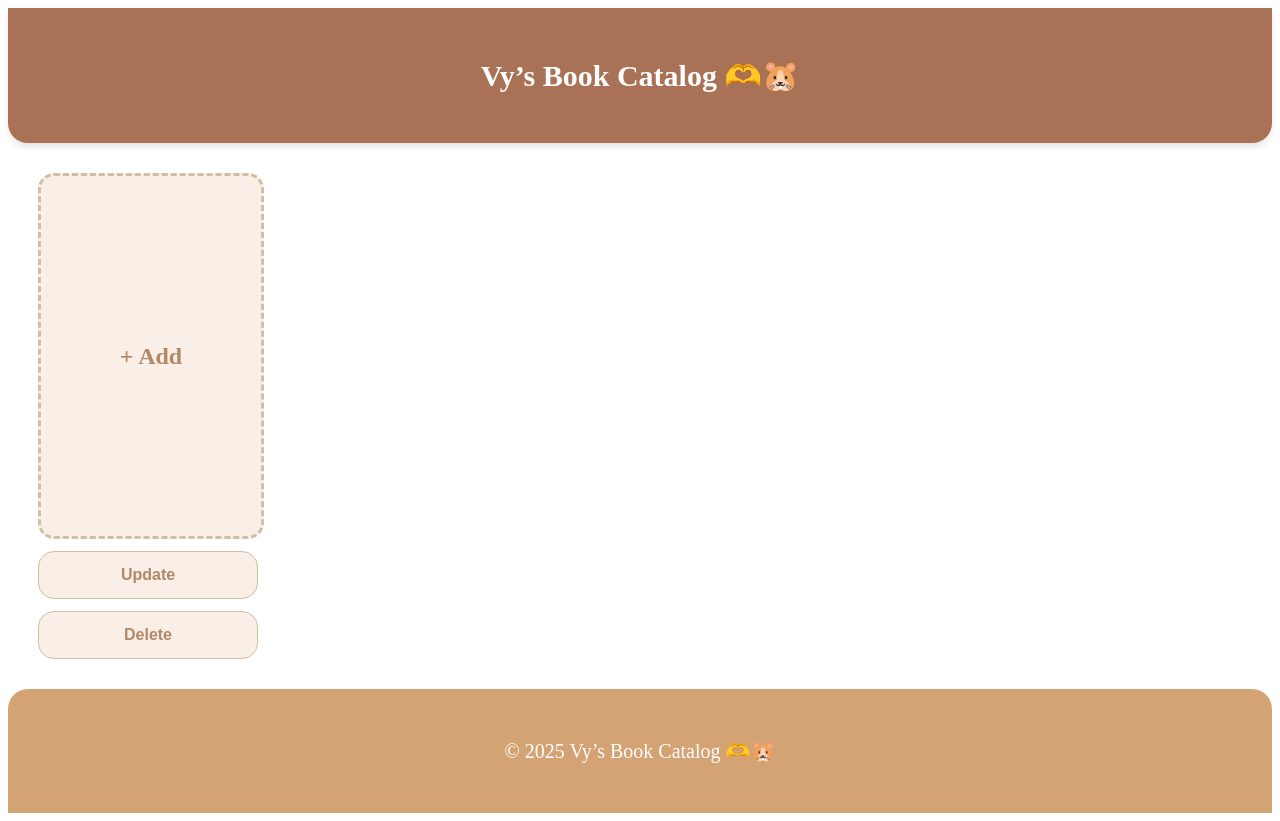
Repository: CucVyTrinh/book-catalog-v6
Page: /
An editor plug-in stored every save of this project. The page is shown before and after the next save, followed by the edit.
The browser window is 1280 px wide. The pictures show the whole page.
The project was rebuilt for these pictures with package versions that can differ from the ones it lists, and the page was loaded fresh each time. Also part of the build but not shown: vite.config.js, src/index.css, src/components/Book.jsx, src/components/AddBookModal.jsx, src/components/EditBookModal.jsx.

Above is the page before, as saved 2025-10-26 22:38:54.

### index.html
<!doctype html>
<html lang="en">
  <head>
    <meta charset="UTF-8" />
    <link rel="icon" type="image/svg+xml" href="/vite.svg" />
    <meta name="viewport" content="width=device-width, initial-scale=1.0" />
    <title>book-catalog-v4</title>
  </head>
  <body>
    <div id="root"></div>
    <script type="module" src="/src/main.jsx"></script>
  </body>
</html>

### src/App.jsx
import React, { useState, useEffect } from "react";
import "./App.css";

import Header from "./components/Header";
import Footer from "./components/Footer";
import LeftColumn from "./components/LeftColumn";
import BooksGrid from "./components/BooksGrid";
import AddBookModal from "./components/AddBookModal";
import EditBookModal from "./components/EditBookModal";
import FilterSection from "./components/FilterSection";

export default function App() {
  // Start empty to meet requirement: "The app should be empty of books initially."
  const [books, setBooks] = useState([]);

  const [showModal, setShowModal] = useState(false);
  const [showEditModal, setShowEditModal] = useState(false);
  const [selectedAuthor, setSelectedAuthor] = useState("");

  // Form matches the required fields in your screenshot
  const [form, setForm] = useState({
    title: "",
    author: "",
    publisher: "",
    year: "",
    language: "",
    pages: "",
    coverUrl: "",
  });

  // Load books from localStorage on component mount
  useEffect(() => {
    const savedBooks = localStorage.getItem('books');
    if (savedBooks) {
      setBooks(JSON.parse(savedBooks));
    }
  }, []);

  // Save books to localStorage whenever books change
  useEffect(() => {
    localStorage.setItem('books', JSON.stringify(books));
  }, [books]);

  const handleSelect = (clickedBook) => {
    setBooks((prev) =>
      prev.map((b) =>
        b.title === clickedBook.title
          ? { ...b, selected: !b.selected }
          : { ...b, selected: false }
      )
    );
  };

  const handleDelete = () => {
    setBooks((prev) => prev.filter((b) => !b.selected));
  };

  const handleAddBook = (e) => {
    e.preventDefault();

    const yearNum =
      String(form.year).trim() === "" ? null : Number(String(form.year).trim());
    const pagesNum =
      String(form.pages).trim() === "" ? null : Number(String(form.pages).trim());

    const newBook = {
      title: form.title.trim(),
      author: form.author.trim(),
      publisher: form.publisher.trim(),
      year: yearNum,
      language: form.language.trim(),
      pages: pagesNum,
      coverUrl:
        form.coverUrl?.trim() || "https://via.placeholder.com/150?text=Book+Cover",
      selected: false,
    };

    setBooks((prev) => [...prev, newBook]);

    setForm({
      title: "",
      author: "",
      publisher: "",
      year: "",
      language: "",
      pages: "",
      coverUrl: "",
    });
    setShowModal(false);
  };

  const handleUpdate = () => {
    const selectedBook = books.find(book => book.selected);
    if (selectedBook) {
      setForm({
        title: selectedBook.title,
        author: selectedBook.author,
        publisher: selectedBook.publisher || "",
        year: selectedBook.year || "",
        language: selectedBook.language || "",
        pages: selectedBook.pages || "",
        coverUrl: selectedBook.coverUrl || "",
      });
      setShowEditModal(true);
    } else {
      alert("Please select a book to edit");
    }
  };

  const handleEditBook = (e) => {
    e.preventDefault();

    const yearNum =
      String(form.year).trim() === "" ? null : Number(String(form.year).trim());
    const pagesNum =
      String(form.pages).trim() === "" ? null : Number(String(form.pages).trim());

    const updatedBook = {
      title: form.title.trim(),
      author: form.author.trim(),
      publisher: form.publisher.trim(),
      year: yearNum,
      language: form.language.trim(),
      pages: pagesNum,
      coverUrl:
        form.coverUrl?.trim() || "https://via.placeholder.com/150?text=Book+Cover",
      selected: false,
    };

    setBooks((prev) =>
      prev.map((book) => (book.selected ? updatedBook : book))
    );

    setForm({
      title: "",
      author: "",
      publisher: "",
      year: "",
      language: "",
      pages: "",
      coverUrl: "",
    });
    setShowEditModal(false);
  };

  const handleAuthorFilterChange = (author) => {
    setSelectedAuthor(author);
  };

  // Get unique authors for filter dropdown
  const authors = [...new Set(books.map(book => book.author))].sort();

  // Filter books based on selected author
  const filteredBooks = selectedAuthor
    ? books.filter(book => book.author === selectedAuthor)
    : books;

  return (
    <div style={{ display: "flex", flexDirection: "column", minHeight: "100vh" }}>
      <Header title="Vy’s Book Catalog 🫶🐹" />
      <main style={{ flex: 1, padding: "30px" }}>
        <div className="main-layout">
          <LeftColumn
            onOpenAdd={() => setShowModal(true)}
            onUpdate={handleUpdate}
            onDelete={handleDelete}
            authors={authors}
            selectedAuthor={selectedAuthor}
            onAuthorFilterChange={handleAuthorFilterChange}
          />
          <BooksGrid books={filteredBooks} onSelect={handleSelect} />
        </div>
      </main>
      <Footer />

      <AddBookModal
        open={showModal}
        form={form}
        setForm={setForm}
        onClose={() => setShowModal(false)}
        onSubmit={handleAddBook}
      />

      <EditBookModal
        open={showEditModal}
        form={form}
        setForm={setForm}
        onClose={() => setShowEditModal(false)}
        onSubmit={handleEditBook}
      />
    </div>
  );
}

### src/App.css
/* ===== Main Layout ===== */
.main-layout {
    display: grid;
    grid-template-columns: 250px 1fr;
    gap: 12px;
    align-items: start;
}

/* ===== Books Grid ===== */
.books-grid {
    display: grid;
    grid-template-columns: repeat(auto-fit, minmax(250px, 1fr));
    gap: 12px;
    justify-items: start;
    align-items: start;
    margin-top: 0;
}

/* ===== Add Button ===== */
.add-button {
    display: flex;
    justify-content: center;
    align-items: center;
    border: 3px dashed #d0bfa2;
    background: #f9efe7;
    color: #b08968;
    font-size: 24px;
    font-weight: bold;
    height: 360px;
    width: 220px;
    /* match book card width */
    border-radius: 16px;
    cursor: pointer;
    transition: transform 0.2s ease, background 0.2s ease;
}

.add-button:hover {
    transform: scale(1.05);
    background: #f0e3d9;
}

/* ===== Left Column Buttons ===== */
.left-column {
    display: flex;
    flex-direction: column;
    gap: 12px;
    /* spacing between buttons */
    align-items: flex-start;
}

/* ===== Filter Section ===== */
.filter-section {
    width: 220px;
    margin-bottom: 8px;
}

.filter-label {
    display: block;
    margin-bottom: 8px;
    font-weight: bold;
    color: #8b6f47;
    font-size: 14px;
}

.filter-dropdown {
    width: 100%;
    padding: 12px;
    font-size: 14px;
    border-radius: 12px;
    border: 2px solid #d0bfa2;
    background: #fdf6f0;
    color: #8b6f47;
    cursor: pointer;
    transition: all 0.2s ease;
    appearance: none;
    background-image: url("data:[embedded picture, 255 characters]");
    background-repeat: no-repeat;
    background-position: right 12px center;
    background-size: 16px;
    padding-right: 40px;
}

.filter-dropdown:hover {
    border-color: #b08968;
    background-color: #f9efe7;
}

.filter-dropdown:focus {
    outline: none;
    border-color: #b08968;
    box-shadow: 0 0 0 3px rgba(176, 137, 104, 0.1);
}

.left-column button {
    width: 220px;
    /* match Add button width */
    padding: 14px 0;
    font-size: 16px;
    font-weight: bold;
    border-radius: 16px;
    border: 1px solid #d0bfa2;
    background: #f9efe7;
    color: #b08968;
    cursor: pointer;
    transition: all 0.2s ease;
}

.left-column button:hover {
    background: #f0e3d9;
    color: #a46d4a;
    border-color: #b08968;
}

/* ===== Modal Overlay ===== */
.modal-overlay {
    position: fixed;
    top: 0;
    left: 0;
    right: 0;
    bottom: 0;
    background: rgba(0, 0, 0, 0.5);
    display: flex;
    justify-content: center;
    align-items: center;
    z-index: 100;
    padding: 20px;
}

/* ===== Modal Form ===== */
.modal-form {
    background: #fff;
    padding: 40px;
    border-radius: 20px;
    display: flex;
    flex-direction: column;
    gap: 18px;
    min-width: 450px;
    max-width: 90vw;
    box-shadow: 0 8px 20px rgba(0, 0, 0, 0.3);
}

.modal-form h2 {
    text-align: center;
    font-size: 28px;
    margin-bottom: 16px;
}

.modal-form input {
    padding: 12px;
    font-size: 16px;
    border-radius: 8px;
    border: 1px solid #ccc;
}

.modal-form button {
    padding: 12px;
    font-size: 18px;
    font-weight: bold;
    border-radius: 10px;
    border: none;
    background-color: #d68d5c;
    color: white;
    cursor: pointer;
    transition: all 0.2s ease;
}

.modal-form button:hover {
    background-color: #edc3a5;
}

/* ===== Book Card ===== */
.book-card {
    width: 220px;
    height: 360px;
    border-radius: 16px;
    padding: 16px;
    display: flex;
    flex-direction: column;
    justify-content: space-between;
    align-items: center;
    background: #fdf6f0;
    box-shadow: 0 4px 8px rgba(0, 0, 0, 0.08);
    position: relative;
    cursor: pointer;
    transition: all 0.2s ease;
}

.book-card.selected {
    background: #ffe0b3;
    box-shadow: 0 0 0 3px #b08968;
}

.book-card img {
    max-width: 100%;
    max-height: 140px;
    object-fit: contain;
}

.book-card h3 {
    font-size: 15px;
    font-weight: bold;
    text-align: center;
}

.book-card p {
    font-size: 13px;
    color: #8b6f47;
}

.book-card a {
    font-size: 13px;
    background: #b08968;
    color: white;
    padding: 6px 10px;
    border-radius: 8px;
    text-decoration: none;
}

.book-card button.remove-btn {
    position: absolute;
    top: 8px;
    right: 8px;
    background: #e74c3c;
    color: white;
    border: none;
    border-radius: 50%;
    width: 24px;
    height: 24px;
    cursor: pointer;
}

### src/components/Header.jsx
// src/components/Header.jsx
import React from "react";

export default function Header({ title }) {
  return (
    <header
      style={{
        padding: "50px",
        background: "#a97155",
        color: "white",
        textAlign: "center",
        borderBottomLeftRadius: "20px",
        borderBottomRightRadius: "20px",
        boxShadow: "0 4px 6px rgba(0,0,0,0.1)",
      }}
    >
      <h1 style={{ margin: 0, fontSize: "30px" }}>{title}</h1>
    </header>
  );
}

### src/components/Footer.jsx
// src/components/Footer.jsx
import React from "react";

export default function Footer() {
  return (
    <footer
      style={{
        textAlign: "center",
        padding: "50px",
        fontSize: "20px",
        background: "#d4a373",
        color: "#fff",
        borderTopLeftRadius: "20px",
        borderTopRightRadius: "20px",
        marginTop: "auto",
      }}
    >
      © {new Date().getFullYear()} Vy’s Book Catalog 🫶🐹
    </footer>
  );
}

### src/components/LeftColumn.jsx
// src/components/LeftColumn.jsx
import React from "react";

export default function LeftColumn({ onOpenAdd, onUpdate, onDelete }) {
  return (
    <div className="left-column">
      <div className="add-button" onClick={onOpenAdd}>+ Add</div>
      <button onClick={onUpdate}>Update</button>
      <button onClick={onDelete}>Delete</button>
    </div>
  );
}

### src/components/BooksGrid.jsx
// src/components/BooksGrid.jsx
import React from "react";
import Book from "./Book";

export default function BooksGrid({ books, onSelect }) {
  return (
    <div className="books-grid" style={{ display: "flex", flexWrap: "wrap", gap: "12px" }}>
      {books.map((book) => (
        <Book key={book.title} book={book} onSelect={onSelect} />
      ))}
    </div>
  );
}

### src/components/FilterSection.jsx
// src/components/FilterSection.jsx
import React from "react";

export default function FilterSection({ authors, selectedAuthor, onAuthorFilterChange }) {
  return (
    <div className="filter-section-horizontal">
      <label htmlFor="author-filter" className="filter-label-horizontal">
        Filter by Author:
      </label>
      <select
        id="author-filter"
        className="filter-dropdown-horizontal"
        value={selectedAuthor}
        onChange={(e) => onAuthorFilterChange(e.target.value)}
      >
        <option value="">All Authors</option>
        {authors.map((author) => (
          <option key={author} value={author}>
            {author}
          </option>
        ))}
      </select>
    </div>
  );
}

Loaded but not shown: src/main.jsx (common file)

After the next save:
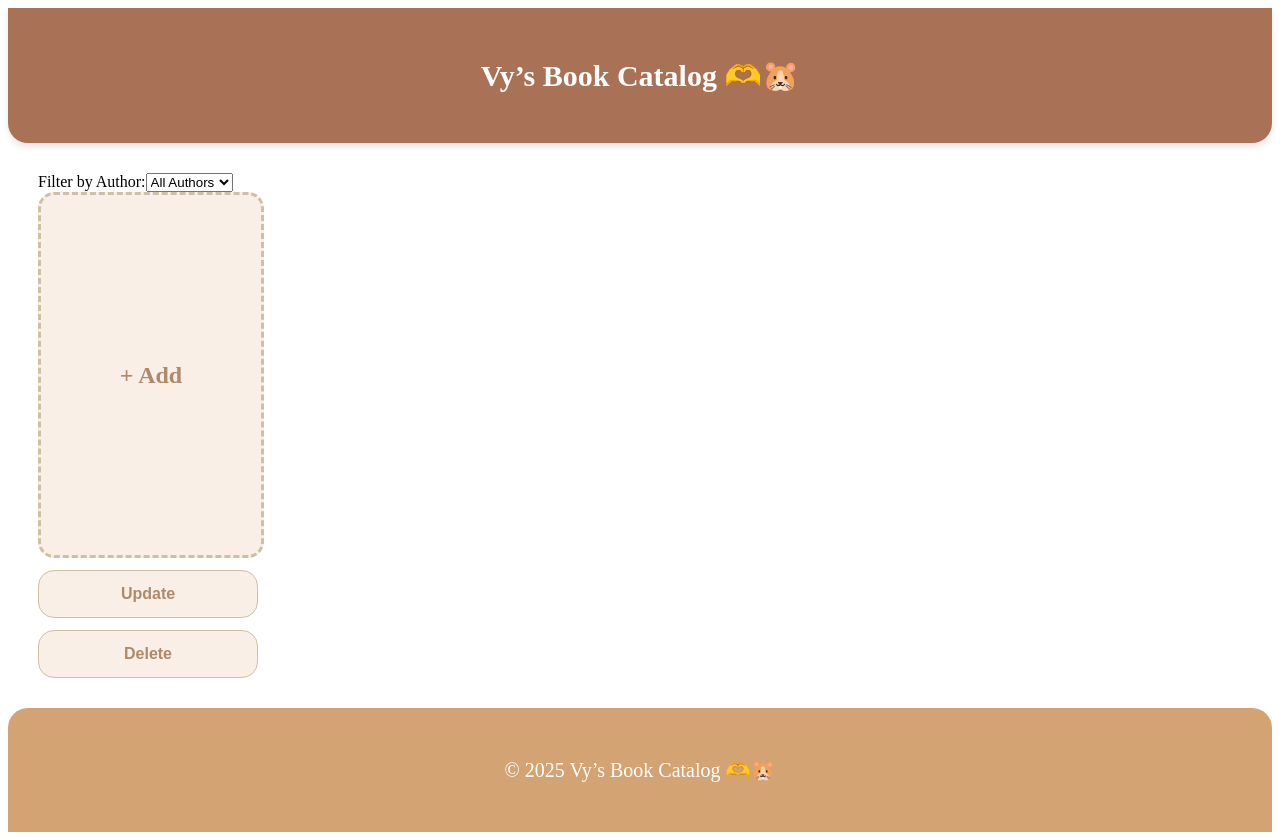
Saved 6 s later.
--- a/src/App.jsx
+++ b/src/App.jsx
@@ -159,14 +159,16 @@ export default function App() {
     <div style={{ display: "flex", flexDirection: "column", minHeight: "100vh" }}>
       <Header title="Vy’s Book Catalog 🫶🐹" />
       <main style={{ flex: 1, padding: "30px" }}>
+        <FilterSection
+          authors={authors}
+          selectedAuthor={selectedAuthor}
+          onAuthorFilterChange={handleAuthorFilterChange}
+        />
         <div className="main-layout">
           <LeftColumn
             onOpenAdd={() => setShowModal(true)}
             onUpdate={handleUpdate}
             onDelete={handleDelete}
-            authors={authors}
-            selectedAuthor={selectedAuthor}
-            onAuthorFilterChange={handleAuthorFilterChange}
           />
           <BooksGrid books={filteredBooks} onSelect={handleSelect} />
         </div>
